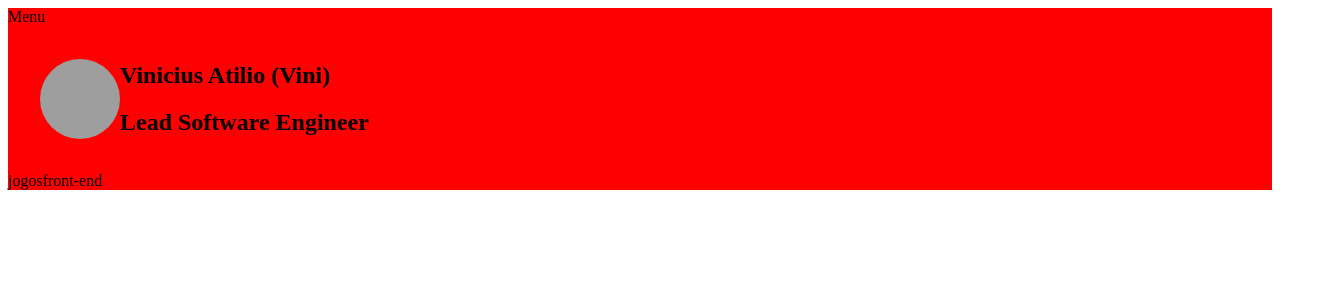
Repository: Vinicius-Atilio/aluratube
Page: /
An editor plug-in stored every save of this project. The page is shown before and after the next save, followed by the edit.
The browser window is 1280 px wide. The page is 1336 px wide, so the pictures cover 1336 px, including what lies to the right of the window. The pictures show the whole page.
Pictures or frames that could not be fetched are drawn as grey boxes. The project was rebuilt for these pictures with package versions that can differ from the ones it lists, and the page was loaded fresh each time. The framework's server and built-in components were replaced by stand-ins that run in the browser. Also part of the build but not shown: next.config.js.

Above is the page before, as saved 2022-11-08 07:12:46.

After the next save:
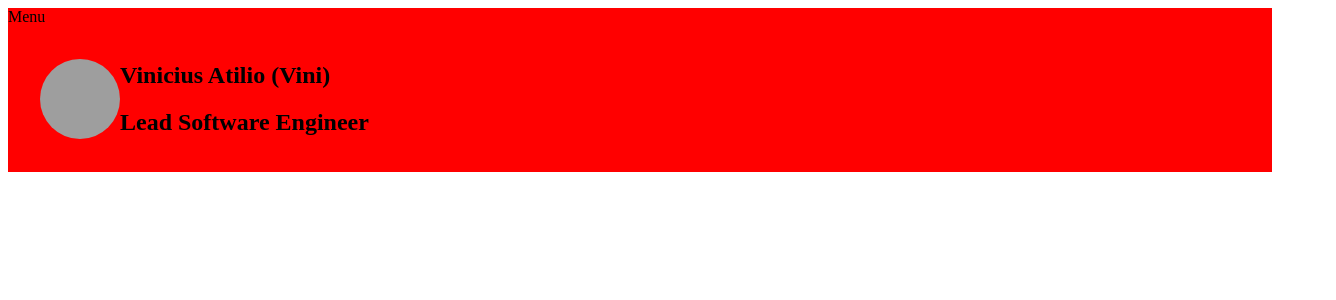
Saved 4 min 18 s later.
--- a/pages/index.js
+++ b/pages/index.js
@@ -51,5 +51,9 @@
 function TimeLine(props) {
     console.log('dentro do componente', props.playlists);
     const playlistNames = Object.keys(props.playlists);
-    return <div>{playlistNames}</div>;
+    //statment
+    // Retorno por expressao
+    // map converte de uma coisa para outra coisa (de objeto para objeto)
+    // converter da lista de nomes para components react
+    return <div>{playlistNames.map(function (playlistNames) {})}</div>;
 }

After the save that followed:
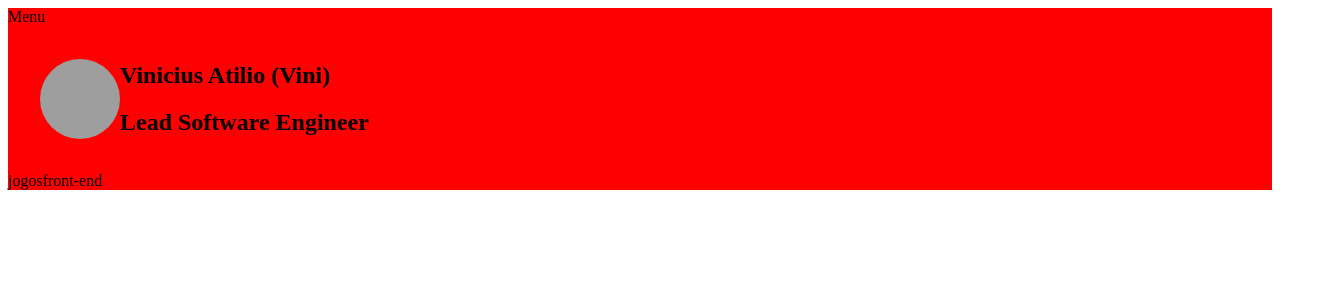
Saved 33 s later.
--- a/pages/index.js
+++ b/pages/index.js
@@ -55,5 +55,11 @@
     // Retorno por expressao
     // map converte de uma coisa para outra coisa (de objeto para objeto)
     // converter da lista de nomes para components react
-    return <div>{playlistNames.map(function (playlistNames) {})}</div>;
+    return (
+        <div>
+            {playlistNames.map(function (playlistNames) {
+                return playlistNames;
+            })}
+        </div>
+    );
 }
